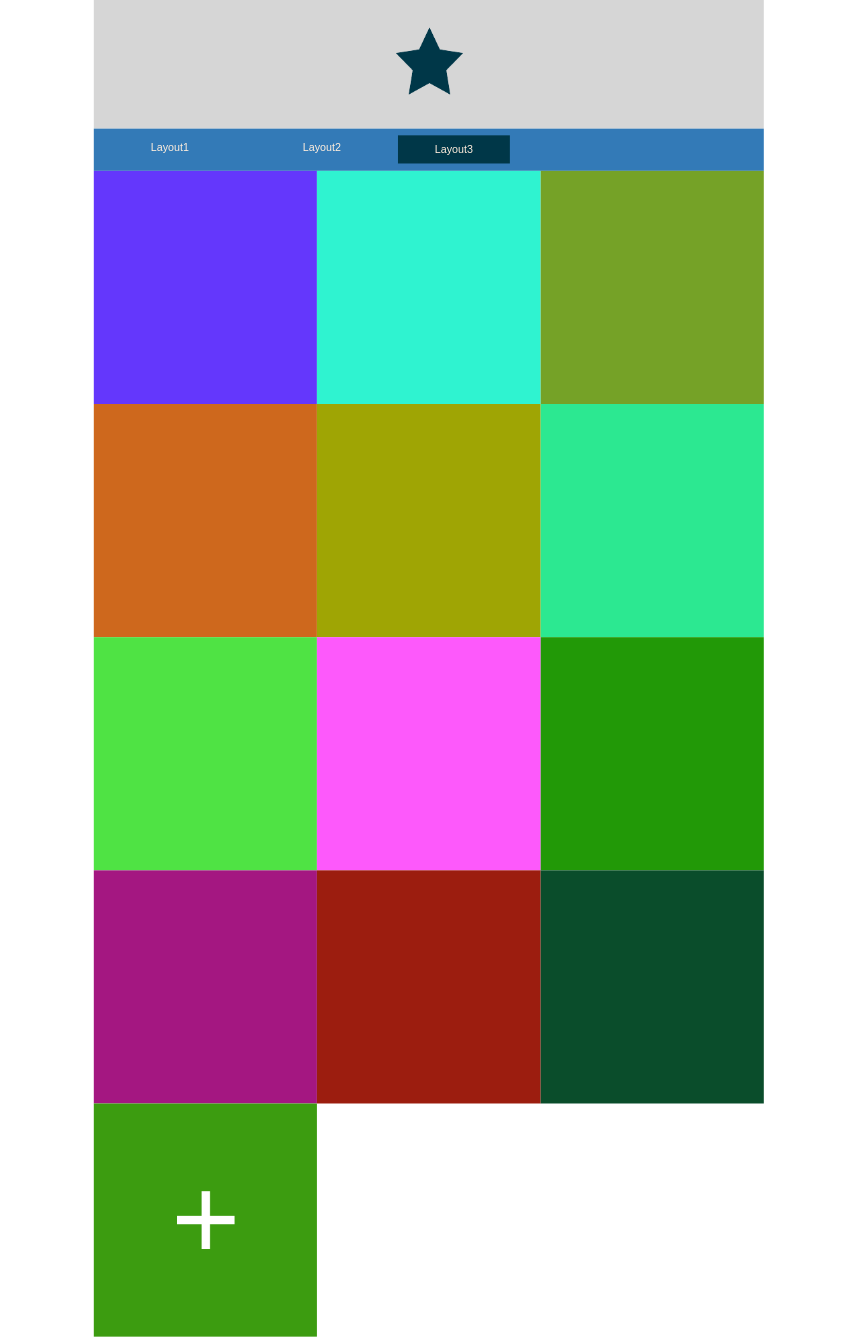
Repository: baliayassin/MyGame
Page: Documents/Aptana Studio 3 Workspace/homeWork2/layOut3.html
The author's editor kept a copy of each file at every save. The page is drawn from the files as they stood at one save, then again after the next save.
The browser window is 1280 px wide. The pictures show the whole page, at 67% of full size.
Some web libraries are served in a nearby version.

Above is the page before, as saved 2017-12-14 11:46:40.

### Documents/Aptana Studio 3 Workspace/homeWork2/layOut3.html
<!DOCTYPE html >
<html>



	<head>

		<title> HomeWork2</title>
		<link rel="stylesheet" href="includes/style.css" />
		<script src="https://code.jquery.com/jquery-3.2.1.min.js"
  integrity="sha256-hwg4gsxgFZhOsEEamdOYGBf13FyQuiTwlAQgxVSNgt4="
  crossorigin="anonymous"></script>
  <meta name="viewport" content="width=device-width,initial-scale=1">
		<script src="includes/main.js"></script>
		<meta charset="utf-8" />
	</head>

	<body >
	<div id="wrapper3">


		<header>
	       <a href="layOut3.html"> </a>
        </header>



            <nav >
				<ul>
					<li> <a  href="index.html">Layout1 </a> </li>
					<li> <a  href="layOut2.html">Layout2 </a></li>
					<li> <span> <a  href="layOut3">Layout3 </a> </span></li>
				</ul>


			</nav>


  <main ></main>



		<div class="clear"></div>
	 <footer></footer>

     </div>

	</body>




</html>

### Documents/Aptana Studio 3 Workspace/homeWork2/includes/style.css
*{
	margin:0px;
	padding: 0px;
}

main, nav, aside, footer, section, article, header {
	display:  block;

}

#wrapper {
	margin: 0px auto;
	width: 1000px;
}
#wrapper header{

	height:192px;
	background: #d6d6d6;

}

#wrapper header a{

	width:102px;
	height:102px;
	background-image:url("../images/star.png");
	position:relative;
	display:block;
	margin:0px auto;
	top: 40px;
    background-repeat: no-repeat;


}


#wrapper nav {

	height: 62px;
	background: #337AB7;

}

#wrapper nav ul{

	list-style-type: none;
	text-decoration: none;
	margin-left: 45px;

}

#wrapper nav ul li{

	float:left;

}

#wrapper nav a{

	display: inline-block;
	text-decoration: none;
	color: #ffeedd;
	font-family: Arial;



}

#wrapper nav span a{

	background:#003748;
	margin:10px auto;
	padding:12px 90px;


}
#wrapper nav li > a{

	margin:20px 85px;

}
#wrapper section{
	direction:rtl;
	display: inline-block;
	margin-top: 100px;
	vertical-align: top;


}
#wrapper section article{

	display:block;
	background: #62C462;
	margin-right: 25px;
	margin-left: 32px;
	margin-top: 30px;
}

#wrapper section article:first-child{

	height:121px;
	width:699px;


}
#wrapper section article:nth-child(2){

	height: 200px;
	width: 699px;


}
#wrapper section article:nth-child(3){

	height: 125px;
	width: 186px;


}

#wrapper aside{

	background: #EEEEEE;
	height: 697px;
	width: 240px;
	display: inline-block;

}

#wrapper aside article{

	background: #62C462;
	width:185px;
	height:126px;
	position: relative;
	margin-top: 264px;
	margin-left: 45px;


}

#wrapper footer{

	height:52px;
	background: #D6D6D6;
	margin-top:-4px;

}






/*********************************************************/



#wrapper2 {
	margin: 0px auto;
	width: 1000px;
}
#wrapper2 header{

	height:192px;
	background: #d6d6d6;

}

#wrapper2 header a{

	width:102px;
	height:102px;
	background-image:url("../images/star.png");
	position:relative;
	display:block;
	margin:0px auto;
    top: 40px;
    background-repeat: no-repeat;


}


#wrapper2 nav {

	width:146px;
	height: 759px;
	background: #337AB7;
    float:left;
    display: inline-block;
}




#wrapper2 nav ul {
	list-style-type: none;
}

#wrapper2 nav a{
	display: inline-block;
	text-decoration: none;
	color: #ffeedd;
	font-family: "Arial";
}

#wrapper2 nav li > a{
	margin-top: 6px;
	margin-bottom: 22px;
	margin-left: 6px;
}

#wrapper2 nav span a{
	background-color: #003748;
	padding-top: 18px;
	margin-bottom: 18px;
	padding-bottom: 18px;
	padding-left: 6px;
	width: 140px;
}


#wrapper2 aside{

	float:left;
	background-color: #eeeeee;
	width: 223px;
	height: 759px;
}

#wrapper2 aside article{

	background: #62C462;
	width:77px;
	height:66px;
	position: relative;
	margin-top: 261px;
	margin-left: 11px;


}


#wrapper2 section{

	display: inline-block;
	margin-top: 23px;



}

#wrapper2 section article:first-child{

	background:#62C462;
	margin-left:5px;
	height:508px;
	width:190px;
	float: left;


}

#wrapper2 section article:nth-child(2){

	background:#62C462;
	margin-left:30px;
	height:323px;
	width:190px;
	float:left;

}

#wrapper2 section article:nth-child(3){

	background:#62C462;
	margin-left:30px;
	height:123px;
	width:183px;
	float:left;

}


#wrapper2 section article p{

	background:#62C462;
	margin-left:220px;
	height:400px;
	width:190px;
	margin-top:345px;
	float:left
}


#wrapper2 footer{
	height: 52px;
	width: 1000px;
	position: fixed;
	bottom: 0px;
	background-color: #d6d6d6;
}

/*******************************************************/



#wrapper3 {
	margin: 0px auto;
	width: 1000px;
}
#wrapper3 header{

	height:192px;
	background: #d6d6d6;

}

#wrapper3 header a{

	width:102px;
	height:102px;
	background-image:url("../images/star.png");
	position:relative;
	display:block;
	margin:0px auto;
	top: 40px;
    background-repeat: no-repeat;


}


#wrapper3 nav {

	height: 63px;
	background: #337AB7;

}

#wrapper3 nav ul{

	list-style-type: none;
	text-decoration: none;
	margin-left: 45px;

}

#wrapper3 nav ul li{

	float:left;

}

#wrapper3 nav a{

	display: inline-block;
	text-decoration: none;
	color: #ffeedd;
	font-family: Arial;



}

#wrapper3 nav span a{

	background:#003748;
	margin:10px auto;
	padding:12px 90px;


}
#wrapper3 nav li > a{

	margin:20px 85px;

}





#wrapper3 #footer3{
	width:1000px;
	height:52px;
	background: #D6D6D6;
	margin:0 auto;

   /* margin-top: 1740px;???????*/
 /*bottom: 0px;
  position: fixed;*/

}

#wrapper3 .box{

    float: left;
    width: 333.33px;
    height: 348px;


   }



#wrapper3 .box.plus{
            background: url(../images/white_plus.png) center no-repeat;
        }

#wrapper3 .box.star {

     background: url(../images/white_star.png) center no-repeat;
}

 @media only screen and (min-width: 1000px) {

        #wrapper3 {width:1000px;}
    }
 @media only screen and (max-width:1000px){
    	#wrapper3 {width:666.66px;}

   	}
    	 #wrapper3 nav ul{
    	 	margin-left: 0px;
    	}
    	 #wrapper3 nav span a{padding:12px 55px;}
    }

.clear{

	clear: both;
}

### Documents/Aptana Studio 3 Workspace/homeWork2/includes/main.js
$("document").ready(function () {


    for (var i = 0; i < (25/2); i++)
        $("main").append(createArticle());
        $("main article:last").addClass("plus");

    $("main").on("click", ".box:not(.plus)", showStar);
    $(".box.plus").click(addArticle);
})

function addArticle() {
    $("main").prepend(createArticle());
}

function showStar() {

    $(this).toggleClass("star");
}

function createArticle() {
    var newArticle = $("<article/>");
    newArticle.addClass("box");
    var color='#' + (0x1000000 + (Math.random()) * 0xffffff).toString(16).substr(1, 6);
    newArticle.css("background-color", color);
    return newArticle;
}

After the next save:
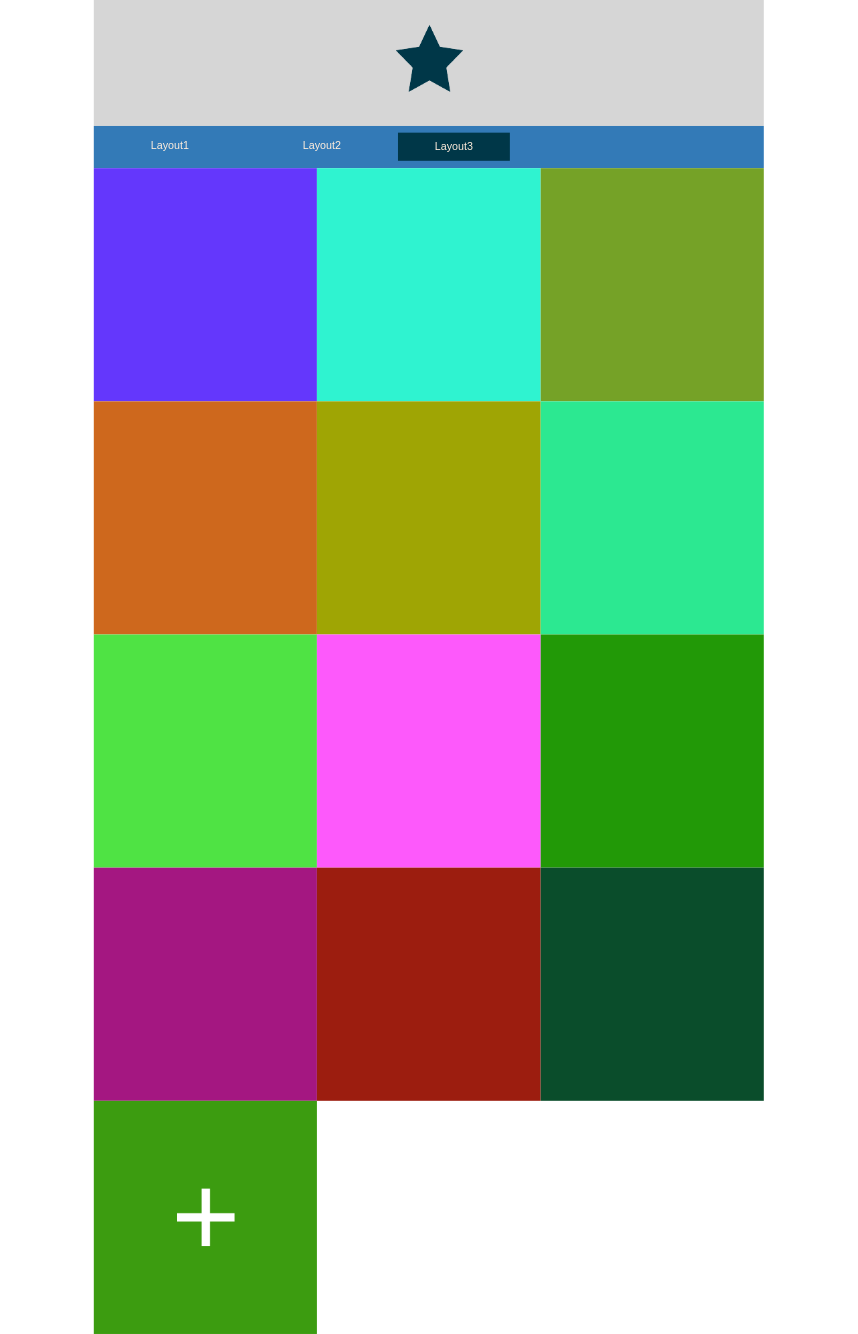
Saved 12 min 31 s later.
--- a/Documents/Aptana Studio 3 Workspace/homeWork2/includes/style.css
+++ b/Documents/Aptana Studio 3 Workspace/homeWork2/includes/style.css
@@ -382,11 +382,11 @@ main, nav, aside, footer, section, article, header {
 
 
 
-#wrapper3 #footer3{
-	width:1000px;
+#wrapper3 {
+
 	height:52px;
 	background: #D6D6D6;
-	margin:0 auto;
+	margin-top:-4px;
 
    /* margin-top: 1740px;???????*/
  /*bottom: 0px;
